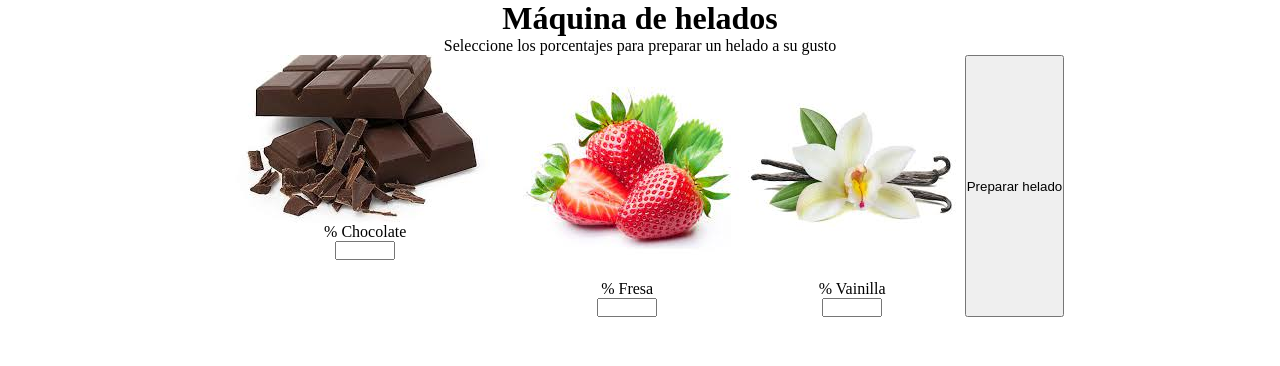
Repository: Ibizus/ejercicios_JSP
Page: http://localhost/ejercicios_Hector/ejercicio10/index.jsp
These files come from the project's save history. The page is drawn as it stood at one moment and after the next save; the edit follows.
The browser window is 1280 px wide. The pictures show the whole page.
The page is served by Tomcat 9.

Above is the page before, as saved 2023-11-16 13:33:51.

After the next save:
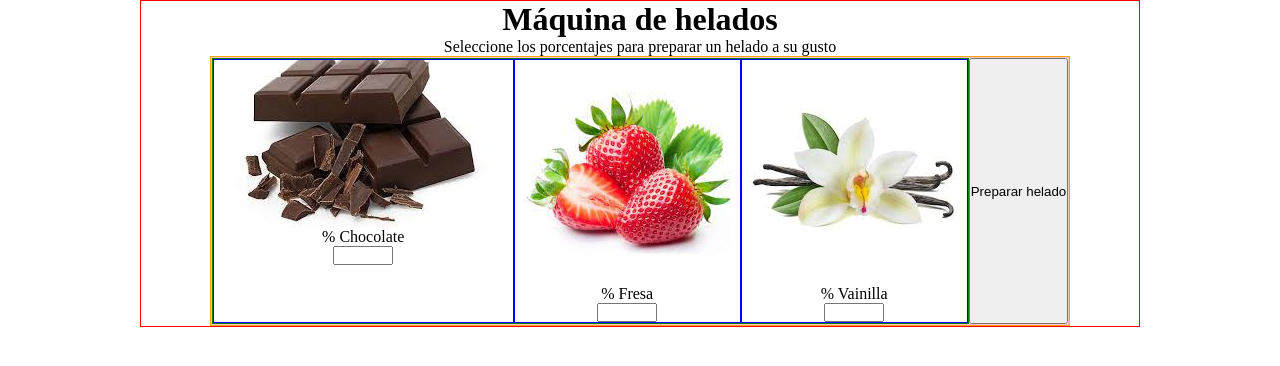
Saved 4 h 18 min later.
--- a/ejercicios_Hector/src/main/webapp/ejercicio10/css/style.css
+++ b/ejercicios_Hector/src/main/webapp/ejercicio10/css/style.css
@@ -13,25 +13,31 @@ body{
     flex-direction: column;
     align-items: center;
     margin: auto;
+
+    border: red 1px solid;
 }
 
 form{
 	display: flex;
+	    border: pink 1px solid;
 }
 
 #formulario{
 	display: flex;
 	flex-direction: column;
+	    border: orange 1px solid;
 }
 
 #sabores{
 	display: flex;
 	flex-direction: row;
 	justify-content: space-between;
+	    border: green 1px solid;
 }
 
 article{
 	display: flex;
 	flex-direction: column;
     align-items: center;
+        border: blue 1px solid;
 }
